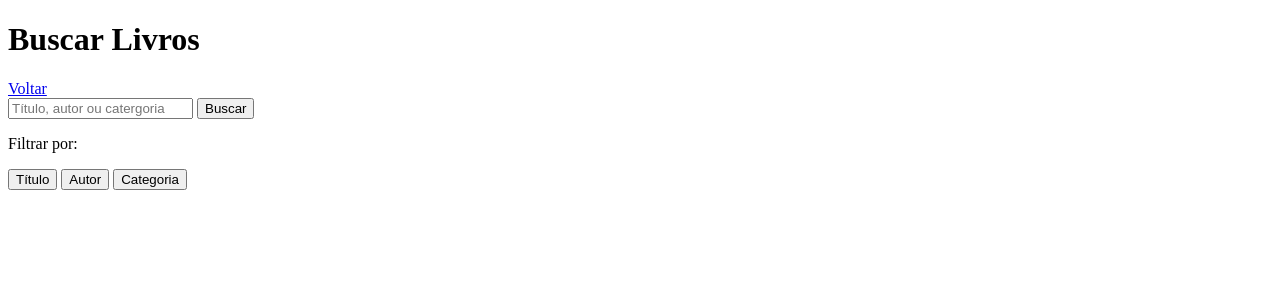
Repository: melloeduarda/html
Page: buscar.html
An editor plug-in stored every save of this project. The page is shown before and after a run of saves, followed by the edit.
The browser window is 1280 px wide. The pictures show the whole page.

Above is the page before, as saved 2026-10-28 16:06:56.

### buscar.html
<!DOCTYPE html>
<html lang="en">
<head>
    <meta charset="UTF-8">
    <meta name="viewport" content="width=device-width, initial-scale=1.0">
    <title>Buscar Livros</title>
</head>
<body>
    <header>
        <h1>Buscar Livros</h1>
        <a class="botao" href="index.html">Voltar</a>
    <header>

        <form>
            <input type="text" placeholder="Título, autor ou catergoria">
            <button type="submit">Buscar</button>
        <form>

            <p>Filtrar por:</p>
            <button>Título</button>
            <button>Autor</button>
            <button>Categoria</button>

            <h2>
</body>
</html>

After the next 4 saves:
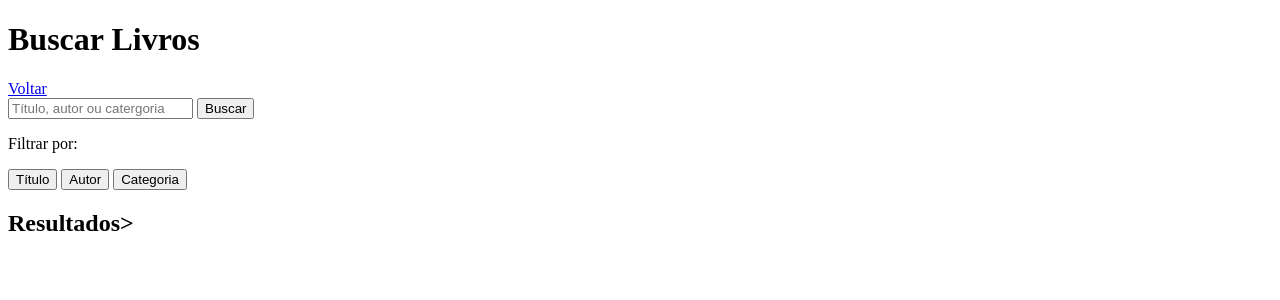
The 4 saves are shown as one change because they came seconds apart.
The last was saved 11 s later.
--- a/buscar.html
+++ b/buscar.html
@@ -21,6 +21,6 @@
             <button>Autor</button>
             <button>Categoria</button>
 
-            <h2>
+            <h2>Resultados>
 </body>
 </html>
